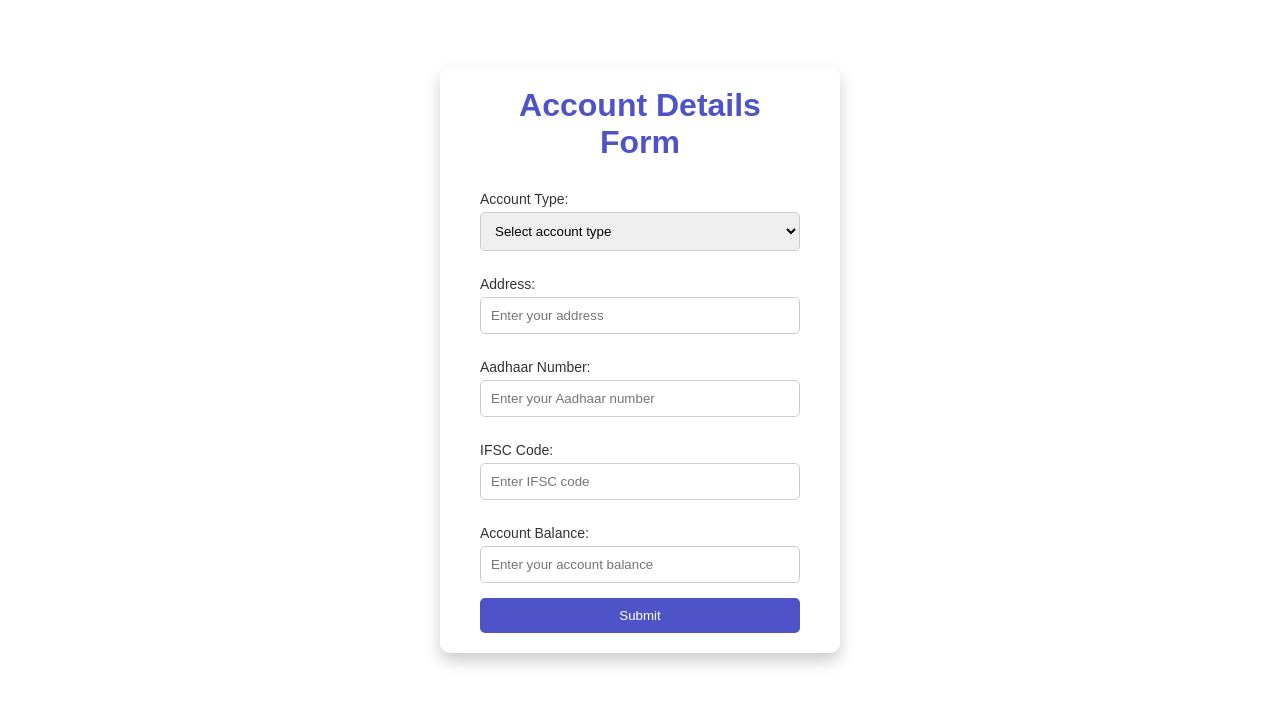
Repository: PeruriNaresh/Bank_Project
Page: http://localhost/bank_project/bankaccount.jsp
These files come from the project's save history. The page is drawn as it stood at one moment and after the next save; the edit follows.
The browser window is 1280 px wide. The pictures show the whole page.
The page is served by Tomcat 9. Other server files are loaded and not shown.

Above is the page before, as saved 2024-10-26 15:42:09.

### bank_project/src/main/webapp/bankaccount.jsp
<%@ page language="java" contentType="text/html; charset=UTF-8"
    pageEncoding="UTF-8"%>
<!DOCTYPE html>
<html>
<head>
<meta charset="UTF-8">
<title>Insert title here</title>
</head>
<style>
* {
    margin: 0;
    padding: 0;
    box-sizing: border-box;
}

body {
    font-family: 'Arial', sans-serif;
    background: linear-gradient(to right, white);
    display: flex;
    justify-content: center;
    align-items: center;
    height: 100vh;
}

.container {
    background-color: white;
    padding: 20px 40px;
    border-radius: 10px;
    box-shadow: 0 8px 16px rgba(0, 0, 0, 0.2);
    max-width: 400px;
    width: 100%;
}

h1 {
    text-align: center;
    margin-bottom: 20px;
    color: #4e54c8;
}

form {
    display: flex;
    flex-direction: column;
}

label {
    font-size: 14px;
    margin: 10px 0 5px;
    color: #333;
}

input, select {
    padding: 10px;
    border-radius: 5px;
    border: 1px solid #ccc;
    margin-bottom: 15px;
    outline: none;
    transition: border 0.3s;
}

input:focus, select:focus {
    border-color: #4e54c8;
}

button {
    padding: 10px;
    background-color: #4e54c8;
    color: white;
    border: none;
    border-radius: 5px;
    cursor: pointer;
    transition: background 0.3s;
}

button:hover {
    background-color: #5c67ed;
}

</style>

<body>
<div class="container">
    <h1>Account Details Form</h1>
    <form action="bankaccount" method="post">

        <label for="type">Account Type:</label>
        <select id="type" name="type" required>
            <option value="" disabled selected>Select account type</option>
            <option value="savings">Savings</option>
            <option value="current">Current</option>
            <option value="fixed">Business</option>
        </select>

        <label for="address">Address:</label>
        <input type="text" id="address" name="address" placeholder="Enter your address" required>

        <label for="aadhar">Aadhaar Number:</label>
        <input type="text" id="aadhar" name="aadhar" placeholder="Enter your Aadhaar number" required>

        <label for="ifsc">IFSC Code:</label>
        <input type="text" id="ifsc" name="ifsc" placeholder="Enter IFSC code" required>

        <label for="balance">Account Balance:</label>
        <input type="number" id="balance" name="balance" placeholder="Enter your account balance" required>
		<%String msg= (String)request.getAttribute("msg");
		if(msg!=null)
		{
			out.println("<p>"+msg+"</p>");
		}%>
        <button type="submit">Submit</button>
    </form>
</div>

</body>
</html>

After the next save:
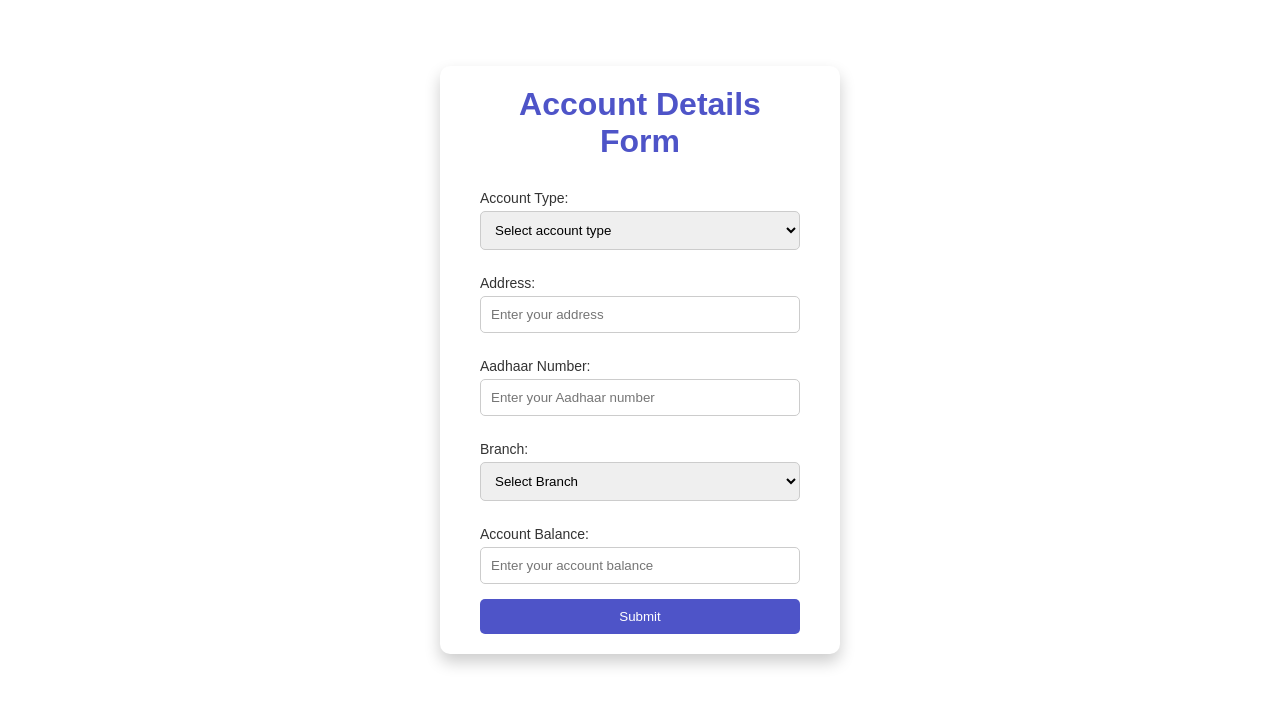
Saved 5 min 43 s later.
--- a/bank_project/src/main/webapp/bankaccount.jsp
+++ b/bank_project/src/main/webapp/bankaccount.jsp
@@ -96,8 +96,15 @@
         <label for="aadhar">Aadhaar Number:</label>
         <input type="text" id="aadhar" name="aadhar" placeholder="Enter your Aadhaar number" required>
 
-        <label for="ifsc">IFSC Code:</label>
-        <input type="text" id="ifsc" name="ifsc" placeholder="Enter IFSC code" required>
+        <label for="type">Branch:</label>
+        <select id="type" name="branch" required>
+            <option value="" disabled selected>Select Branch</option>
+            <option value="SBI Main Branch">Kukatpally</option>
+            <option value="ICIC Lower Parel">Gatchibowli</option>
+            <option value="HDFC Nariman Point">Secundrabad</option>
+            <option value="HDFC Nariman Point">Ameerpet</option>
+            <option value="HDFC Nariman Point">Nijampet</option>
+        </select>
 
         <label for="balance">Account Balance:</label>
         <input type="number" id="balance" name="balance" placeholder="Enter your account balance" required>
